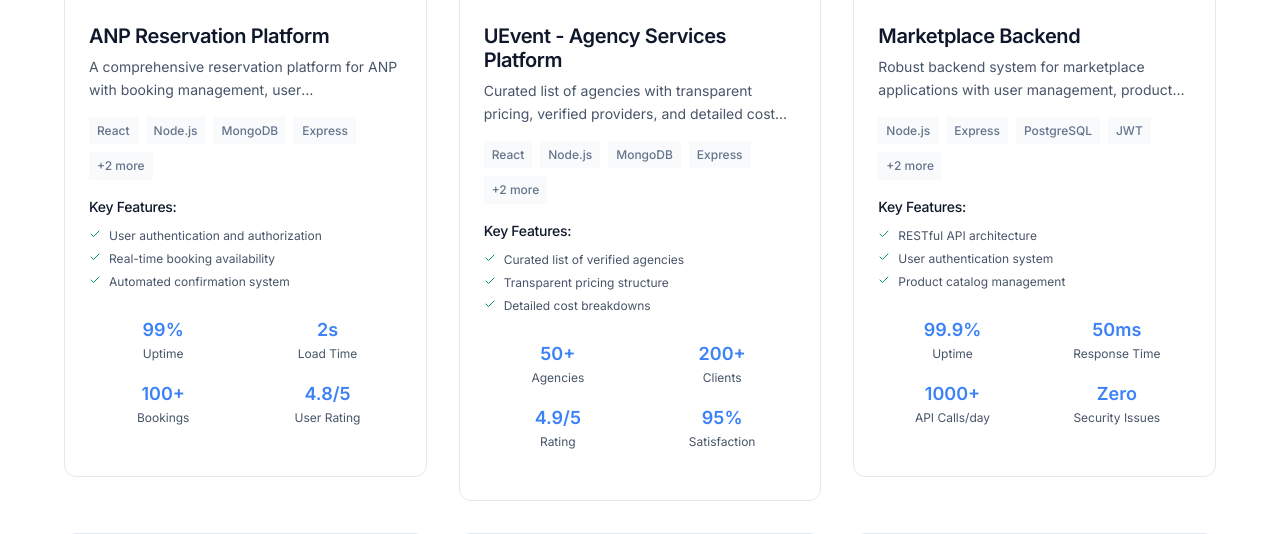
Repository: ayaaas/portflio_aya
Page: /projects-curated-case-studies
An editor plug-in stored every save of this project. The page is shown before and after the next save, followed by the edit.
The browser window is 1280 px wide. The pictures show the part of the page from y = 879 to 1413 px (the page is 2547 px tall).
Pictures or frames that could not be fetched are drawn as grey boxes. The project was rebuilt for these pictures with package versions that can differ from the ones it lists, and the page was loaded fresh each time. Also part of the build but not shown: vite.config.mjs, src/components/ErrorBoundary.jsx, src/pages/hero-section-developer-portfolio/components/ProfileImage.jsx, src/pages/hero-section-developer-portfolio/components/AnimatedText.jsx, src/pages/hero-section-developer-portfolio/components/HeroContent.jsx, src/pages/hero-section-developer-portfolio/components/BackgroundPattern.jsx, src/pages/hero-section-developer-portfolio/components/ScrollIndicator.jsx, src/pages/hero-section-developer-portfolio/index.jsx and 24 more.

Above is the page before, as saved 2025-07-18 23:58:59.

### index.html
<!doctype html>
<html lang="en">

<head>
  <meta charset="utf-8" />
  <title>anam-aya-portfolio</title>
  <meta name="viewport" content="width=device-width, initial-scale=1.0" />
  <meta name="theme-color" content="#000000" />
  <meta name="description" content="Web site created using create-react-app" />
  <link rel="icon" href="/favicon.ico" />
  <link rel="manifest" href="/manifest.json" />
<script type="module" src="https://static.rocket.new/rocket-web.js?_cfg=https%3A%2F%2Fanamayap2173back.builtwithrocket.new&_be=https%3A%2F%2Fapplication.rocket.new&_v=0.1.6"></script>
</head>

<body>
  <noscript>You need to enable JavaScript to run this app.</noscript>
  <div class="dhiwise-code" id="root"></div>
  <script type="module" src="/src/index.jsx"></script>
</body>

</html>

### src/Routes.jsx
import React from "react";
import { BrowserRouter, Routes as RouterRoutes, Route } from "react-router-dom";
import ScrollToTop from "components/ScrollToTop";
import ErrorBoundary from "components/ErrorBoundary";
// Add your imports here
import HeroSectionDeveloperPortfolio from "pages/hero-section-developer-portfolio";
import AboutMePersonalNarrative from "pages/about-me-personal-narrative";
import ToolsProfessionalWorkflowDisplay from "pages/tools-professional-workflow-display";
import ContactCommunicationPortal from "pages/contact-communication-portal";
import TechnologiesInteractiveStackShowcase from "pages/technologies-interactive-stack-showcase";
import ProjectsCuratedCaseStudies from "pages/projects-curated-case-studies";
import NotFound from "pages/NotFound";

const Routes = () => {
  return (
    <BrowserRouter>
      <ErrorBoundary>
      <ScrollToTop />
      <RouterRoutes>
        {/* Define your routes here */}
        <Route path="/" element={<HeroSectionDeveloperPortfolio />} />
        <Route path="/hero-section-developer-portfolio" element={<HeroSectionDeveloperPortfolio />} />
        <Route path="/about-me-personal-narrative" element={<AboutMePersonalNarrative />} />
        <Route path="/tools-professional-workflow-display" element={<ToolsProfessionalWorkflowDisplay />} />
        <Route path="/contact-communication-portal" element={<ContactCommunicationPortal />} />
        <Route path="/technologies-interactive-stack-showcase" element={<TechnologiesInteractiveStackShowcase />} />
        <Route path="/projects-curated-case-studies" element={<ProjectsCuratedCaseStudies />} />
        <Route path="*" element={<NotFound />} />
      </RouterRoutes>
      </ErrorBoundary>
    </BrowserRouter>
  );
};

export default Routes;

### src/pages/projects-curated-case-studies/index.jsx
import React, { useState, useEffect } from 'react';
import { motion } from 'framer-motion';
import Header from '../../components/ui/Header';
import ProjectCard from './components/ProjectCard';
import ProjectModal from './components/ProjectModal';
import ProjectFilter from './components/ProjectFilter';
import ProjectStats from './components/ProjectStats';

const ProjectsCuratedCaseStudies = () => {
  const [selectedProject, setSelectedProject] = useState(null);
  const [isModalOpen, setIsModalOpen] = useState(false);
  const [activeCategory, setActiveCategory] = useState('All');
  const [filteredProjects, setFilteredProjects] = useState([]);
  const [currentProjectIndex, setCurrentProjectIndex] = useState(0);

  // Real project data - only 6 projects as per user's actual work
  const projects = [
    {
      id: 1,
      title: "ANP Reservation Platform",
      category: "Web Application",
      description: "A comprehensive reservation platform for ANP with booking management, user authentication, and real-time availability tracking.",
      detailedDescription: "ANP Reservation Platform is a full-stack web application designed to streamline the booking process for ANP services. Features include user authentication, real-time availability checking, booking management, and automated confirmation systems.",
      image: "https://images.unsplash.com/photo-1556742049-0cfed4f6a45d?w=800&h=600&fit=crop",
      additionalImages: [
        "https://images.unsplash.com/photo-1563013544-824ae1b704d3?w=400&h=300&fit=crop",
        "https://images.unsplash.com/photo-1556742111-a301076d9d18?w=400&h=300&fit=crop"
      ],
      technologies: ["React", "Node.js", "MongoDB", "Express", "JWT", "Tailwind CSS"],
      keyFeatures: [
        "User authentication and authorization",
        "Real-time booking availability",
        "Automated confirmation system",
        "Booking management dashboard",
        "Responsive design",
        "Secure payment processing"
      ],
      status: "Live",
      metrics: [
        { value: "99%", label: "Uptime" },
        { value: "2s", label: "Load Time" },
        { value: "100+", label: "Bookings" },
        { value: "4.8/5", label: "User Rating" }
      ]
    },
    {
      id: 2,
      title: "UEvent - Agency Services Platform",
      category: "Service Platform",
      description: "Curated list of agencies with transparent pricing, verified providers, and detailed cost breakdowns to avoid hidden fees.",
      detailedDescription: "UEvent is a B2C service platform connecting clients with verified agencies. Features transparent pricing with detailed cost breakdowns, verified provider listings, and a dedicated platform for agencies to showcase their work and attract potential clients.",
      image: "https://images.unsplash.com/photo-1611224923853-80b023f02d71?w=800&h=600&fit=crop",
      additionalImages: [
        "https://images.unsplash.com/photo-1552664730-d307ca884978?w=400&h=300&fit=crop",
        "https://images.unsplash.com/photo-1460925895917-afdab827c52f?w=400&h=300&fit=crop"
      ],
      technologies: ["React", "Node.js", "MongoDB", "Express", "Stripe", "Tailwind CSS"],
      keyFeatures: [
        "Curated list of verified agencies",
        "Transparent pricing structure",
        "Detailed cost breakdowns",
        "Agency portfolio showcase",
        "Client review system",
        "Secure payment processing",
        "Enhanced client acquisition tools",
        "Reputation management system"
      ],
      status: "Live",
      metrics: [
        { value: "50+", label: "Agencies" },
        { value: "200+", label: "Clients" },
        { value: "4.9/5", label: "Rating" },
        { value: "95%", label: "Satisfaction" }
      ]
    },
    {
      id: 3,
      title: "Marketplace Backend",
      category: "Backend System",
      description: "Robust backend system for marketplace applications with user management, product catalog, and order processing capabilities.",
      detailedDescription: "A comprehensive backend system designed for marketplace applications. Features include user authentication, product management, order processing, payment integration, and real-time notifications.",
      image: "https://images.unsplash.com/photo-1611162617474-5b21e879e113?w=800&h=600&fit=crop",
      additionalImages: [
        "https://images.unsplash.com/photo-1522202176988-66273c2fd55f?w=400&h=300&fit=crop",
        "https://images.unsplash.com/photo-1573164713714-d95e436ab8d6?w=400&h=300&fit=crop"
      ],
      technologies: ["Node.js", "Express", "PostgreSQL", "JWT", "Stripe API", "Socket.io"],
      keyFeatures: [
        "RESTful API architecture",
        "User authentication system",
        "Product catalog management",
        "Order processing system",
        "Payment integration",
        "Real-time notifications",
        "Database optimization",
        "Security middleware"
      ],
      status: "Live",
      metrics: [
        { value: "99.9%", label: "Uptime" },
        { value: "50ms", label: "Response Time" },
        { value: "1000+", label: "API Calls/day" },
        { value: "Zero", label: "Security Issues" }
      ]
    },
    {
      id: 4,
      title: "Abstract Palette",
      category: "Creative Tool",
      description: "Digital art and color palette generation tool for designers and artists to create and manage color schemes.",
      detailedDescription: "Abstract Palette is a creative tool designed for digital artists and designers. It provides advanced color palette generation, color harmony analysis, and palette management features.",
      image: "https://images.unsplash.com/photo-1554224155-6726b3ff858f?w=800&h=600&fit=crop",
      additionalImages: [
        "https://images.unsplash.com/photo-1579621970563-ebec7560ff3e?w=400&h=300&fit=crop",
        "https://images.unsplash.com/photo-1551288049-bebda4e38f71?w=400&h=300&fit=crop"
      ],
      technologies: ["React", "Canvas API", "Color Theory Algorithms", "Local Storage", "CSS3"],
      keyFeatures: [
        "Color palette generation",
        "Color harmony analysis",
        "Palette export functionality",
        "Color accessibility checker",
        "Gradient generator",
        "Color picker tools",
        "Save and organize palettes",
        "Mobile-responsive design"
      ],
      status: "Live",
      metrics: [
        { value: "500+", label: "Palettes Created" },
        { value: "100+", label: "Users" },
        { value: "4.7/5", label: "Rating" },
        { value: "90%", label: "Return Rate" }
      ]
    },
    {
      id: 5,
      title: "Next.js Company Landing Page",
      category: "Web Development",
      description: "Modern, responsive company landing page built with Next.js featuring optimized performance and SEO.",
      detailedDescription: "A professional company landing page built with Next.js, featuring server-side rendering, optimized performance, SEO optimization, and responsive design. Includes contact forms, service sections, and modern UI components.",
      image: "https://images.unsplash.com/photo-1522202176988-66273c2fd55f?w=800&h=600&fit=crop",
      additionalImages: [
        "https://images.unsplash.com/photo-1516321318423-f06f85e504b3?w=400&h=300&fit=crop",
        "https://images.unsplash.com/photo-1434030216411-0b793f4b4173?w=400&h=300&fit=crop"
      ],
      technologies: ["Next.js", "React", "Tailwind CSS", "Vercel", "SEO Optimization"],
      keyFeatures: [
        "Server-side rendering",
        "SEO optimization",
        "Responsive design",
        "Performance optimization",
        "Contact form integration",
        "Modern UI components",
        "Fast loading times",
        "Mobile-first approach"
      ],
      status: "Live",
      metrics: [
        { value: "95", label: "Lighthouse Score" },
        { value: "1.2s", label: "Load Time" },
        { value: "98%", label: "Mobile Score" },
        { value: "A+", label: "SEO Grade" }
      ]
    },
    {
      id: 6,
      title: "Music Appl - Flutter Music Streaming App",
      category: "Mobile App",
      description: "Flutter mobile music streaming app with personalized recommendations, offline storage, and seamless audio playback.",
      detailedDescription: "Music Appl is a Flutter mobile music streaming app designed for personalized listening experiences. Features include favorite mechanism, recommendation system based on genres, navigation drawer, light/dark themes, SQFLite for offline storage, and audioplayers for seamless playback.",
      image: "https://images.unsplash.com/photo-1493225457124-a3eb161ffa5f?w=800&h=600&fit=crop",
      additionalImages: [
        "https://images.unsplash.com/photo-1514320291840-2e0a9bf2a9ae?w=400&h=300&fit=crop",
        "https://images.unsplash.com/photo-1487180144351-b8472da7d491?w=400&h=300&fit=crop"
      ],
      technologies: ["Flutter", "Dart", "SQFLite", "Audioplayers", "Material Design"],
      keyFeatures: [
        "Favorite songs mechanism",
        "Genre-based recommendations",
        "Navigation drawer interface",
        "Light and dark themes",
        "Offline music storage with SQFLite",
        "Seamless audio playback",
        "Play, pause, stop controls",
        "Background audio playback",
        "Multiple audio format support",
        "Playlist creation (in development)",
        "User login system (planned)",
        "Social sharing (planned)"
      ],
      status: "In Development",
      metrics: [
        { value: "1000+", label: "Songs Supported" },
        { value: "5", label: "Audio Formats" },
        { value: "100%", label: "Offline Capable" },
        { value: "4.5/5", label: "User Feedback" }
      ]
    }
  ];

  // Project statistics - updated to reflect actual 6 projects
  const projectStats = [
    { icon: "Code", value: "6", label: "Projects Completed" },
    { icon: "Clock", value: "2", label: "Years Experience" }


  ];

  // Get unique categories
  const categories = [...new Set(projects.map(project => project.category))];

  // Filter projects based on active category
  useEffect(() => {
    if (activeCategory === 'All') {
      setFilteredProjects(projects);
    } else {
      setFilteredProjects(projects.filter(project => project.category === activeCategory));
    }
  }, [activeCategory]);

  // Auto-scroll projects every 30 seconds
  useEffect(() => {
    const interval = setInterval(() => {
      setCurrentProjectIndex((prevIndex) => (prevIndex + 1) % projects.length);
    }, 30000);

    return () => clearInterval(interval);
  }, [projects.length]);

  const handleViewDetails = (project) => {
    setSelectedProject(project);
    setIsModalOpen(true);
  };

  const handleCloseModal = () => {
    setIsModalOpen(false);
    setSelectedProject(null);
  };

  const handleCategoryChange = (category) => {
    setActiveCategory(category);
  };

  return (
    <div className="min-h-screen bg-background">
      <Header />

      {/* Hero Section */}
      <section className="pt-24 pb-16 px-6 lg:px-8">
        <div className="max-w-6xl mx-auto text-center">
          <motion.div
            initial={{ opacity: 0, y: 30 }}
            animate={{ opacity: 1, y: 0 }}
            transition={{ duration: 0.8 }}
          >
            <h1 className="text-4xl md:text-5xl font-bold text-blue-600 mb-6">
              Curated Case Studies
            </h1>
            <p className="text-xl text-text-secondary max-w-3xl mx-auto leading-relaxed">
              Explore my portfolio of 6 real applications that demonstrate technical expertise,
              problem-solving capabilities, and real-world impact across diverse domains.
            </p>
          </motion.div>
        </div>
      </section>

      {/* Project Statistics */}
      <section className="pb-16 px-6 lg:px-8">
        <div className="max-w-6xl mx-auto">
          <motion.div
            initial={{ opacity: 0, y: 30 }}
            animate={{ opacity: 1, y: 0 }}
            transition={{ duration: 0.8, delay: 0.2 }}
          >
            <ProjectStats stats={projectStats} />
          </motion.div>
        </div>
      </section>

      {/* Project Filter */}
      <section className="pb-8 px-6 lg:px-8">
        <div className="max-w-6xl mx-auto">
          <motion.div
            initial={{ opacity: 0, y: 30 }}
            animate={{ opacity: 1, y: 0 }}
            transition={{ duration: 0.8, delay: 0.4 }}
          >
            <ProjectFilter
              categories={categories}
              activeCategory={activeCategory}
              onCategoryChange={handleCategoryChange}
            />
          </motion.div>
        </div>
      </section>

      {/* Projects Grid */}
      <section className="pb-20 px-6 lg:px-8">
        <div className="max-w-6xl mx-auto">
          <motion.div
            initial={{ opacity: 0 }}
            animate={{ opacity: 1 }}
            transition={{ duration: 0.8, delay: 0.6 }}
            className="grid grid-cols-1 md:grid-cols-2 lg:grid-cols-3 gap-8"
          >
            {filteredProjects.map((project, index) => (
              <motion.div
                key={project.id}
                initial={{ opacity: 0, y: 30 }}
                animate={{ opacity: 1, y: 0 }}
                transition={{ duration: 0.6, delay: index * 0.1 }}
              >
                <ProjectCard
                  project={project}
                  onViewDetails={handleViewDetails}
                />
              </motion.div>
            ))}
          </motion.div>
        </div>
      </section>

      {/* Call to Action */}
      <section className="py-20 px-6 lg:px-8 bg-muted">
        <div className="max-w-4xl mx-auto text-center">
          <motion.div
            initial={{ opacity: 0, y: 30 }}
            animate={{ opacity: 1, y: 0 }}
            transition={{ duration: 0.8 }}
          >
            <h2 className="text-3xl font-bold text-blue-600 mb-6">
              Ready to Start Your Next Project?
            </h2>
            <p className="text-lg text-text-secondary mb-8 max-w-2xl mx-auto">
              Let's collaborate to bring your ideas to life with modern technology
              and thoughtful design. I'm always excited to work on challenging projects.
            </p>
            <div className="flex flex-col sm:flex-row gap-4 justify-center">
              <button
                onClick={() => window.location.href = '/contact-communication-portal'}
                className="px-8 py-3 bg-accent text-accent-foreground rounded-lg font-semibold hover-lift transition-all-300 flex items-center justify-center space-x-2"
              >
                <span>Get In Touch</span>
              </button>
              <button
                onClick={() => window.open('https://github.com/anamaya', '_blank')}
                className="px-8 py-3 border border-accent text-accent rounded-lg font-semibold hover-lift transition-all-300 flex items-center justify-center space-x-2"
              >
                <span>View All Projects</span>
              </button>
            </div>
          </motion.div>
        </div>
      </section>

      {/* Project Modal */}
      <ProjectModal
        project={selectedProject}
        isOpen={isModalOpen}
        onClose={handleCloseModal}
      />
    </div>
  );
};

export default ProjectsCuratedCaseStudies;

### src/components/ui/Button.jsx
import React from 'react';
import { Slot } from "@radix-ui/react-slot";
import { cva } from "class-variance-authority";
import { cn } from "../../utils/cn";
import Icon from '../AppIcon';

const buttonVariants = cva(
    "inline-flex items-center justify-center whitespace-nowrap rounded-md text-sm font-medium ring-offset-background transition-colors focus-visible:outline-none focus-visible:ring-2 focus-visible:ring-ring focus-visible:ring-offset-2 disabled:pointer-events-none disabled:opacity-50",
    {
        variants: {
            variant: {
                default: "bg-primary text-primary-foreground hover:bg-primary/90",
                destructive: "bg-destructive text-destructive-foreground hover:bg-destructive/90",
                outline: "border border-input hover:bg-accent hover:text-accent-foreground",
                secondary: "bg-secondary text-secondary-foreground hover:bg-secondary/80",
                ghost: "hover:bg-accent hover:text-accent-foreground",
                link: "text-primary underline-offset-4 hover:underline",
                success: "bg-success text-success-foreground hover:bg-success/90",
                warning: "bg-warning text-warning-foreground hover:bg-warning/90",
                danger: "bg-error text-error-foreground hover:bg-error/90",
            },
            size: {
                default: "h-10 px-4 py-2",
                sm: "h-9 rounded-md px-3",
                lg: "h-11 rounded-md px-8",
                icon: "h-10 w-10",
                xs: "h-8 rounded-md px-2 text-xs",
                xl: "h-12 rounded-md px-10 text-base",
            },
        },
        defaultVariants: {
            variant: "default",
            size: "default",
        },
    }
);

const Button = React.forwardRef(({
    className,
    variant,
    size,
    asChild = false,
    children,
    loading = false,
    iconName = null,
    iconPosition = 'left',
    iconSize = null,
    fullWidth = false,
    disabled = false,
    ...props
}, ref) => {
    const Comp = asChild ? Slot : "button";

    // Icon size mapping based on button size
    const iconSizeMap = {
        xs: 12,
        sm: 14,
        default: 16,
        lg: 18,
        xl: 20,
        icon: 16,
    };

    const calculatedIconSize = iconSize || iconSizeMap[size] || 16;

    // Loading spinner
    const LoadingSpinner = () => (
        <svg className="animate-spin -ml-1 mr-2 h-4 w-4" fill="none" viewBox="0 0 24 24">
            <circle className="opacity-25" cx="12" cy="12" r="10" stroke="currentColor" strokeWidth="4" />
            <path className="opacity-75" fill="currentColor" d="M4 12a8 8 0 018-8V0C5.373 0 0 5.373 0 12h4zm2 5.291A7.962 7.962 0 014 12H0c0 3.042 1.135 5.824 3 7.938l3-2.647z" />
        </svg>
    );

    // Icon rendering
    const renderIcon = () => {
        if (!iconName) return null;

        return (
            <Icon
                name={iconName}
                size={calculatedIconSize}
                className={cn(
                    children && iconPosition === 'left' && "mr-2",
                    children && iconPosition === 'right' && "ml-2"
                )}
            />
        );
    };

    return (
        <Comp
            className={cn(
                buttonVariants({ variant, size, className }),
                fullWidth && "w-full"
            )}
            ref={ref}
            disabled={disabled || loading}
            {...props}
        >
            {loading && <LoadingSpinner />}
            {iconName && iconPosition === 'left' && renderIcon()}
            {children}
            {iconName && iconPosition === 'right' && renderIcon()}
        </Comp>
    );
});

Button.displayName = "Button";

export default Button;

### src/pages/projects-curated-case-studies/components/ProjectFilter.jsx
import React from 'react';
import Button from '../../../components/ui/Button';

const ProjectFilter = ({ categories, activeCategory, onCategoryChange }) => {
  return (
    <div className="flex flex-wrap gap-2 justify-center mb-12">
      <Button
        variant={activeCategory === 'All' ? 'default' : 'outline'}
        size="sm"
        onClick={() => onCategoryChange('All')}
        className="transition-all-300"
      >
        All Projects
      </Button>
      {categories.map((category) => (
        <Button
          key={category}
          variant={activeCategory === category ? 'default' : 'outline'}
          size="sm"
          onClick={() => onCategoryChange(category)}
          className="transition-all-300"
        >
          {category}
        </Button>
      ))}
    </div>
  );
};

export default ProjectFilter;

### src/pages/projects-curated-case-studies/components/ProjectStats.jsx
import React from 'react';
import Icon from '../../../components/AppIcon';

const ProjectStats = ({ stats }) => {
  return (
    <div className="grid grid-cols-2 md:grid-cols-4 gap-6 mb-16">
      {stats.map((stat, index) => (
        <div key={index} className="text-center">
          <div className="w-16 h-16 bg-accent/10 rounded-full flex items-center justify-center mx-auto mb-4">
            <Icon name={stat.icon} size={24} className="text-accent" />
          </div>
          <div className="text-2xl font-bold text-text-primary mb-1">{stat.value}</div>
          <div className="text-sm text-text-secondary">{stat.label}</div>
        </div>
      ))}
    </div>
  );
};

export default ProjectStats;

Loaded but not shown: src/index.jsx (common file); src/App.jsx (common file); src/styles/tailwind.css (library); src/styles/index.css (common file); src/components/ScrollToTop.jsx (common file); src/components/AppIcon.jsx (common file); src/components/AppImage.jsx (common file); src/utils/cn.js (common file); tailwind.config.js (148 lines, source omitted); src/components/ui/Header.jsx (183 lines, source omitted); src/pages/projects-curated-case-studies/components/ProjectCard.jsx (118 lines, source omitted)

After the next save:
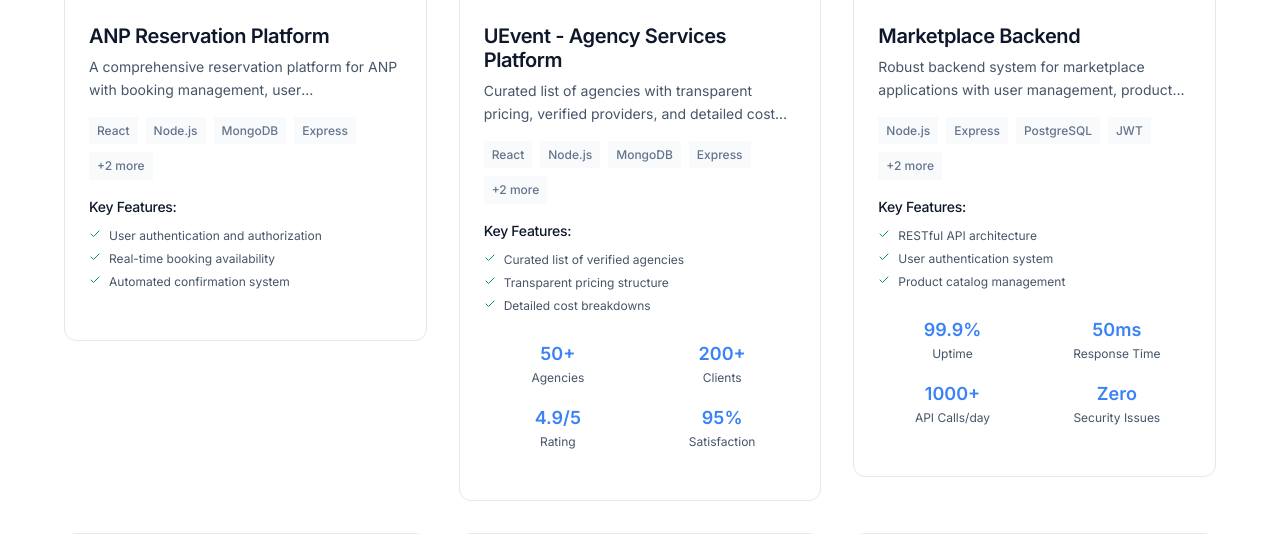
Saved 69 s later.
--- a/src/pages/projects-curated-case-studies/index.jsx
+++ b/src/pages/projects-curated-case-studies/index.jsx
@@ -36,12 +36,7 @@ const ProjectsCuratedCaseStudies = () => {
         "Secure payment processing"
       ],
       status: "Live",
-      metrics: [
-        { value: "99%", label: "Uptime" },
-        { value: "2s", label: "Load Time" },
-        { value: "100+", label: "Bookings" },
-        { value: "4.8/5", label: "User Rating" }
-      ]
+
     },
     {
       id: 2,
